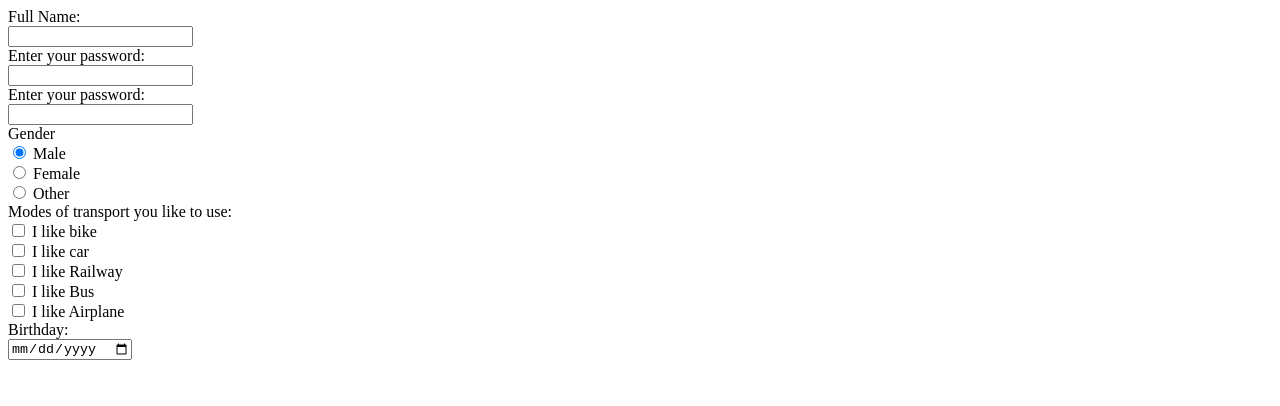
Repository: AdityaParashar93/Homework1_CMPE273
Page: CMPE273/Refresher_JS/WebContent/InputTypes.html
These files come from the project's save history. The page is drawn as it stood at one moment and after the next save; the edit follows.
The browser window is 1280 px wide. The pictures show the whole page.

Above is the page before, as saved 2016-09-16 05:44:16.

After the next save:
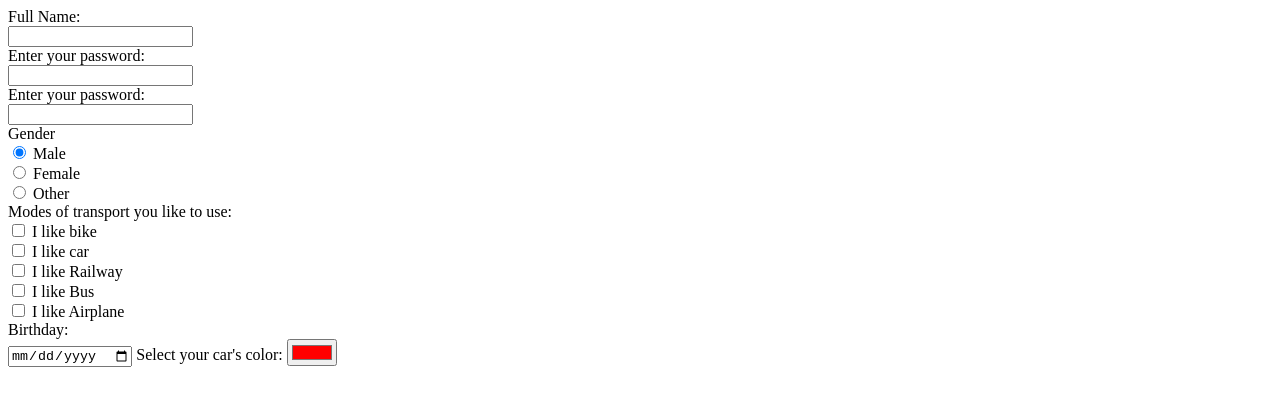
Saved 77 s later.
--- a/CMPE273/Refresher_JS/WebContent/InputTypes.html
+++ b/CMPE273/Refresher_JS/WebContent/InputTypes.html
@@ -24,7 +24,8 @@ Modes of transport you like to use:<br>
 <input type="checkbox" name="vehicle4" value="Airplane"> I like Airplane<br>
 Birthday:<br>
 <input type="date" name="bday">
-
+Select your car's color:
+<input type="color" name="favcolor" value="#ff0000">
 </form>
 </body>
 </html>
